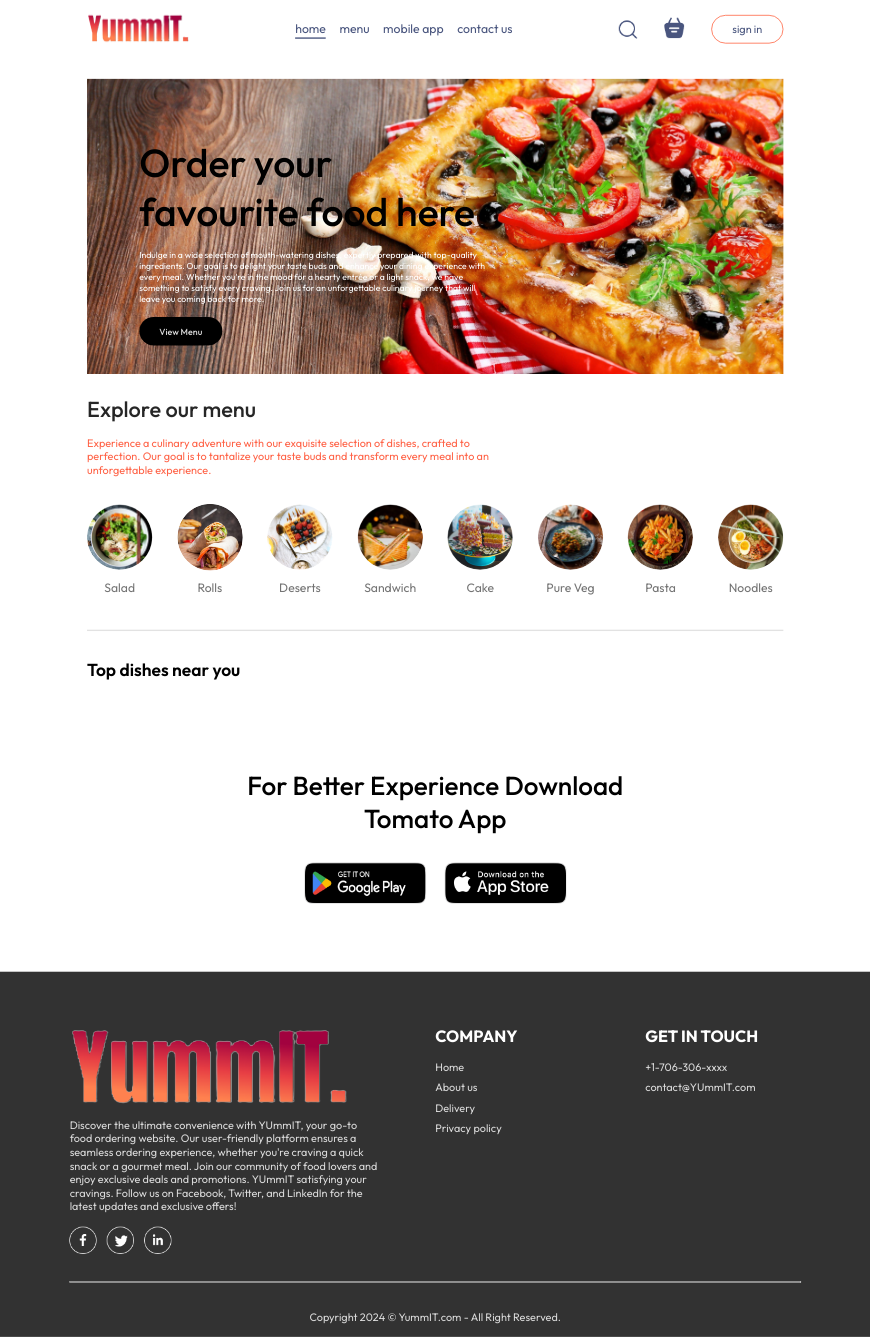
Repository: RiteshDumpala/FoodDelivery_website
Page: / (app in food-del/frontend/)
The author's editor kept a copy of each file at every save. The page is drawn from the files as they stood at one save, then again after the next save.
The browser window is 1280 px wide. The pictures show the whole page, at 68% of full size.
The page's requests for data from a server got no answer. The project was rebuilt for these pictures with package versions that can differ from the ones it lists, and the page was loaded fresh each time. No one was signed in, and anything a server would have sent is missing. Also part of the build but not shown: food-del/frontend/vite.config.js, food-del/frontend/src/components/FoodItem/FoodItem.css, food-del/frontend/src/components/FoodItem/FoodItem.jsx, food-del/frontend/src/pages/Cart/Cart.css, food-del/frontend/src/pages/Cart/Cart.jsx, food-del/frontend/src/components/LoginPopup/LoginPopup.css, food-del/frontend/src/components/LoginPopup/LoginPopup.jsx, food-del/frontend/src/pages/PlaceOrder/PlaceOrder.css and 5 more.

Above is the page before, as saved 2024-12-02 13:24:50.

### food-del/frontend/index.html
<!doctype html>
<html lang="en">
  <head>
    <meta charset="UTF-8" />
    <link rel="icon" type="image/svg+xml" href="/vite.svg" />
    <meta name="viewport" content="width=device-width, initial-scale=1.0" />
    <title>YummIT</title>
  </head>
  <body>
    <div id="root"></div>
    <script type="module" src="/src/main.jsx"></script>
  </body>
</html>

### food-del/frontend/src/Context/StoreContext.jsx
import { createContext, useEffect, useState } from "react";
import { food_list, menu_list } from "../assets/assets";
import axios from "axios";
export const StoreContext = createContext(null);

const StoreContextProvider = (props) => {

    const url = "http://localhost:4000"
    const [food_list, setFoodList] = useState([]);
    const [cartItems, setCartItems] = useState({});
    const [token, setToken] = useState("")
    const currency = "$";
    const deliveryCharge = 5;

    const addToCart = async (itemId) => {
        if (!cartItems[itemId]) {
            setCartItems((prev) => ({ ...prev, [itemId]: 1 }));
        }
        else {
            setCartItems((prev) => ({ ...prev, [itemId]: prev[itemId] + 1 }));
        }
        if (token) {
            await axios.post(url + "/api/cart/add", { itemId }, { headers: { token } });
        }
    }

    const removeFromCart = async (itemId) => {
        setCartItems((prev) => ({ ...prev, [itemId]: prev[itemId] - 1 }))
        if (token) {
            await axios.post(url + "/api/cart/remove", { itemId }, { headers: { token } });
        }
    }

    const getTotalCartAmount = () => {
        let totalAmount = 0;
        for (const item in cartItems) {
            try {
              if (cartItems[item] > 0) {
                let itemInfo = food_list.find((product) => product._id === item);
                totalAmount += itemInfo.price * cartItems[item];
            }
            } catch (error) {

            }

        }
        return totalAmount;
    }

    const fetchFoodList = async () => {
        const response = await axios.get(url + "/api/food/list");
        setFoodList(response.data.data)
    }

    const loadCartData = async (token) => {
        const response = await axios.post(url + "/api/cart/get", {}, { headers: token });
        setCartItems(response.data.cartData);
    }

    useEffect(() => {
        async function loadData() {
            await fetchFoodList();
            if (localStorage.getItem("token")) {
                setToken(localStorage.getItem("token"))
                await loadCartData({ token: localStorage.getItem("token") })
            }
        }
        loadData()
    }, [])

    const contextValue = {
        url,
        food_list,
        menu_list,
        cartItems,
        addToCart,
        removeFromCart,
        getTotalCartAmount,
        token,
        setToken,
        loadCartData,
        setCartItems,
        currency,
        deliveryCharge
    };

    return (
        <StoreContext.Provider value={contextValue}>
            {props.children}
        </StoreContext.Provider>
    )

}

export default StoreContextProvider;

### food-del/frontend/src/components/Footer/Footer.jsx
import React from 'react'
import './Footer.css'
import { assets } from '../../assets/assets'

const Footer = () => {
  return (
    <div className='footer' id='footer'>
      <div className="footer-content">
        <div className="footer-content-left">
            <img src={assets.logo} alt="" />
            <p>Discover the ultimate convenience with YUmmIT, your go-to food ordering website. Our user-friendly platform ensures a seamless ordering experience, whether you're craving a quick snack or a gourmet meal. Join our community of food lovers and enjoy exclusive deals and promotions. YUmmIT satisfying your cravings.
            Follow us on Facebook, Twitter, and LinkedIn for the latest updates and exclusive offers!
            </p>
            <div className="footer-social-icons">
                <img src={assets.facebook_icon} alt="" />
                <img src={assets.twitter_icon} alt="" />
                <img src={assets.linkedin_icon} alt="" />
            </div>
        </div>
        <div className="footer-content-center">
            <h2>COMPANY</h2>
            <ul>
                <li>Home</li>
                <li>About us</li>
                <li>Delivery</li>
                <li>Privacy policy</li>
            </ul>
        </div>
        <div className="footer-content-right">
            <h2>GET IN TOUCH</h2>
            <ul>
                <li>+1-706-306-xxxx</li>
                <li>contact@YUmmIT.com</li>
            </ul>
        </div>
      </div>
      <hr />
      <p className="footer-copyright">Copyright 2024 © YummIT.com - All Right Reserved.</p>
    </div>
  )
}

export default Footer

### food-del/frontend/src/components/Navbar/Navbar.jsx
import React, { useContext, useEffect, useState } from 'react'
import './Navbar.css'
import { assets } from '../../assets/assets'
import { Link, useNavigate } from 'react-router-dom'
import { StoreContext } from '../../Context/StoreContext'

const Navbar = ({ setShowLogin }) => {

  const [menu, setMenu] = useState("home");
  const { getTotalCartAmount, token ,setToken } = useContext(StoreContext);
  const navigate = useNavigate();

  const logout = () => {
    localStorage.removeItem("token");
    setToken("");
    navigate('/')
  }

  return (
    <div className='navbar'>
      <Link to='/'><img className='logo' src={assets.logo} alt="" /></Link>
      <ul className="navbar-menu">
        <Link to="/" onClick={() => setMenu("home")} className={`${menu === "home" ? "active" : ""}`}>home</Link>
        <a href='#explore-menu' onClick={() => setMenu("menu")} className={`${menu === "menu" ? "active" : ""}`}>menu</a>
        <a href='#app-download' onClick={() => setMenu("mob-app")} className={`${menu === "mob-app" ? "active" : ""}`}>mobile app</a>
        <a href='#footer' onClick={() => setMenu("contact")} className={`${menu === "contact" ? "active" : ""}`}>contact us</a>
      </ul>
      <div className="navbar-right">
        <img src={assets.search_icon} alt="" />
        <Link to='/cart' className='navbar-search-icon'>
          <img src={assets.basket_icon} alt="" />
          <div className={getTotalCartAmount() > 0 ? "dot" : ""}></div>
        </Link>
        {!token ? <button onClick={() => setShowLogin(true)}>sign in</button>
          : <div className='navbar-profile'>
            <img src={assets.profile_icon} alt="" />
            <ul className='navbar-profile-dropdown'>
              <li onClick={()=>navigate('/myorders')}> <img src={assets.bag_icon} alt="" /> <p>Orders</p></li>
              <hr />
              <li onClick={logout}> <img src={assets.logout_icon} alt="" /> <p>Logout</p></li>
            </ul>
          </div>
        }

      </div>
    </div>
  )
}

export default Navbar

### food-del/frontend/src/components/Header/Header.jsx
import React from 'react'
import './Header.css'

const Header = () => {
    return (
        <div className='header'>
            <div className='header-contents'>
                <h2>Order your favourite food here</h2>
                <p>Indulge in a wide selection of mouth-watering dishes, expertly prepared with top-quality ingredients. Our goal is to delight your taste buds and enhance your dining experience with every meal. Whether you're in the mood for a hearty entrée or a light snack, we have something to satisfy every craving. Join us for an unforgettable culinary journey that will leave you coming back for more.</p>
                <button>View Menu</button>
            </div>
        </div>
    )
}

export default Header

### food-del/frontend/src/components/ExploreMenu/ExploreMenu.jsx
import React, { useContext } from 'react'
import './ExploreMenu.css'
import { StoreContext } from '../../Context/StoreContext'

const ExploreMenu = ({category,setCategory}) => {

  const {menu_list} = useContext(StoreContext);

  return (
    <div className='explore-menu' id='explore-menu'>
      <h1>Explore our menu</h1>
      <p className='explore-menu-text'>Experience a culinary adventure with our exquisite selection of dishes, crafted to perfection. Our goal is to tantalize your taste buds and transform every meal into an unforgettable experience.</p>
      <div className="explore-menu-list">
        {menu_list.map((item,index)=>{
            return (
                <div onClick={()=>setCategory(prev=>prev===item.menu_name?"All":item.menu_name)} key={index} className='explore-menu-list-item'>
                    <img src={item.menu_image} className={category===item.menu_name?"active":""} alt="" />
                    <p>{item.menu_name}</p>
                </div>
            )
        })}
      </div>
      <hr />
    </div>
  )
}

export default ExploreMenu

### food-del/frontend/src/components/FoodDisplay/FoodDisplay.jsx
import React, { useContext } from 'react'
import './FoodDisplay.css'
import FoodItem from '../FoodItem/FoodItem'
import { StoreContext } from '../../Context/StoreContext'

const FoodDisplay = ({category}) => {

  const {food_list} = useContext(StoreContext);

  return (
    <div className='food-display' id='food-display'>
      <h2>Top dishes near you</h2>
      <div className='food-display-list'>
        {food_list.map((item)=>{
          if (category==="All" || category===item.category) {
            return <FoodItem key={item._id} image={item.image} name={item.name} desc={item.description} price={item.price} id={item._id}/>
          }
        })}
      </div>
    </div>
  )
}

export default FoodDisplay

### food-del/frontend/src/components/Footer/Footer.css
.footer{
    color: #D9D9D9;
    background-color: #323232;
    display: flex;
    flex-direction: column;
    align-items: center;
    gap: 20px;
    padding: 20px 8vw;
    padding-top: 80px;
}
.footer-content{
    width: 100%;
    display: grid;
    grid-template-columns: 2fr 1fr 1fr;
    gap: 80px;
}
.footer-content-left , .footer-content-center , .footer-content-right {
    display: flex;
    flex-direction: column;
    align-items: start;
    gap: 20px;
}
.footer-content-left ul li, .footer-content-center ul li, .footer-content-right ul li{
    margin-bottom: 10px;
    list-style: none;
}
.footer-content-left h2, .footer-content-center h2, .footer-content-right h2{
    color: white;
}
.footer-social-icons img{
    width: 40px;
}
.footer-social-icons{
    display: flex;
    gap: 15px;
}
.footer li{
    cursor: pointer;
}
.footer hr{
    width: 100%;
    height: 2px;
    margin: 20px 0px;
}
@media (max-width:750px) {
    .footer-content{
        display: flex;
        flex-direction: column;
        gap: 35px;
    }
    .footer-copyright{
        text-align: center;
    }
}

### food-del/frontend/src/components/Navbar/Navbar.css
.navbar {
    padding: 20px 0px;
    display: flex;
    justify-content: space-between;
    align-items: center;
}

.navbar .logo {
    width: 150px;
}

.navbar-menu {
    display: flex;
    list-style: none;
    gap: 20px;
    color: #49557E;
    font-size: 18px;
}

.navbar-menu .active {
    padding-bottom: 2px;
    border-bottom: 2px solid #49557E;
}

.navbar-right {
    display: flex;
    align-items: center;
    gap: 40px;
}

.navbar-search-icon{
position: relative;
}

.navbar-search-icon .dot{
    position: absolute;
    min-width: 10px;
    min-height: 10px;
    background-color: #FF4C24;
    border-radius: 5px;
    top: -8px;
    right: -8px;
}

.navbar-right button {
    background: transparent;
    font-size: 16px;
    color: #49557E;
    border: 1px solid #FF4C24;
    padding: 10px 30px;
    border-radius: 50px;
    cursor: pointer;
    transition: 0.3s;
}

.navbar-right button:hover {
    background: #fff4f2;
}

.navbar-profile{
    position: relative;

}
.navbar-profile-dropdown{
    position: absolute;
    display: none;
    right: 0;
    z-index: 1;
}
.navbar-profile-dropdown li{
    display: flex;
    align-items: center;
    gap: 10px;
    cursor: pointer;
}
.navbar-profile-dropdown img{
    width: 20px;
}
.navbar-profile-dropdown li:hover{
    color: #FF4C24;
}
.navbar-profile:hover .navbar-profile-dropdown{
    display: flex;
    flex-direction: column;
    gap: 10px;
    background-color: #fff2ef;
    padding: 12px 25px;
    border-radius: 4px;
    border: 1px solid tomato;
    outline: 2px solid white;
    list-style: none;
}
.navbar-profile hr{
    background-color: gray;
    height: 1px;
    border: none;
}
@media (max-width:1050px) {
    .navbar .logo {
        width: 140px;
    }

    .navbar-menu {
        gap: 20px;
        font-size: 17px;
    }

    .navbar-right {
        gap: 30px;
    }

    .navbar-right img {
        width: 22px;
    }

    .navbar-right button {
        padding: 8px 25px;
    }
}

@media (max-width:900px) {
    .navbar .logo {
        width: 120px;
    }

    .navbar-menu {
        gap: 15px;
        font-size: 16px;
    }

    .navbar-right {
        gap: 20px;
    }

    .navbar-right img {
        width: 20px;
    }

    .navbar-right button {
        font-size: 15px;
        padding: 7px 20px;
    }
}

@media (max-width:750px) {
    .navbar-menu {
        display: none;
    }
}

### food-del/frontend/src/components/Header/Header.css
.header{
    height: 34vw;
    margin: 30px auto;
    background: url('/header_img.png') no-repeat;
    background-size:contain;
    position: relative;
}
.header-contents{
    position: absolute;
    display: flex;
    flex-direction: column;
    align-items: start;
    gap: 1.5vw;
    max-width: 50%;
    bottom: 10%;
    left: 6vw;
    animation: fadeIn 3s;
}
.header-contents h2{
    font-weight:500;
    color: black;
    font-size: max(4.5vw,22px);
}
.header-contents p{
    color: white;
    font-size: 1vw;
}
.header-contents button{
    border: none;
    color: #dadada;
    font-weight: 500;
    padding: 1vw 2.3vw;
    background: black;
    font-size: max(1vw,13px);
    border-radius: 50px;
}
@media (max-width:1050px) {
    .header{
        height: 38vw;
    }
    .header-contents{
        max-width: 45%;
    }
}
@media(max-width:750px){
    .header-contents{
        max-width: 55%;
    }
    .header-contents p{
       display: none;
    }
    .header-contents button{
        padding: 2vw 4vw;
    }
}

### food-del/frontend/src/components/ExploreMenu/ExploreMenu.css
.explore-menu{
    display: flex;
    flex-direction: column;
    gap: 20px;
}
.explore-menu h1{
    color: #262626;
    font-weight: 500;
}
.explore-menu-text{
    max-width: 60%;
    color: tomato;
}
.explore-menu-list{
    display: flex;
    justify-content: space-between;
    align-items: center;
    gap: 30px;
    text-align: center;
    margin: 20px 0px;
    overflow-x: scroll;
}
.explore-menu-list::-webkit-scrollbar{
    display: none;
}
.explore-menu-list-item img{
    width: 7.5vw;
    min-width: 80px;
    cursor: pointer;
    border-radius: 50%;
    transition: 0.2s;
}
.explore-menu-list-item .active{
    border: 4px solid tomato;
    padding: 2px;
}
.explore-menu-list-item p{
    margin-top: 10px;
    color: #747474;
    font-size: max(1.4vw,16px);
    cursor: pointer;
}
.explore-menu hr{
    margin: 10px 0px;
    height: 2px;
    background-color: #E2E2E2;
    border: none;
}
@media (max-width:1050px) {
    .explore-menu-text{
        max-width: 100%;
        font-size: 14px;
    }
}

Loaded but not shown: food-del/frontend/src/main.jsx (common file); food-del/frontend/src/App.jsx (common file); food-del/frontend/src/index.css (common file); food-del/frontend/src/pages/Home/Home.jsx (common file); food-del/frontend/src/components/AppDownload/AppDownload.jsx (common file); food-del/frontend/src/components/FoodDisplay/FoodDisplay.css (common file); food-del/frontend/src/components/AppDownload/AppDownload.css (common file); food-del/frontend/src/assets/assets.js (354 lines, source omitted)

After the next save:
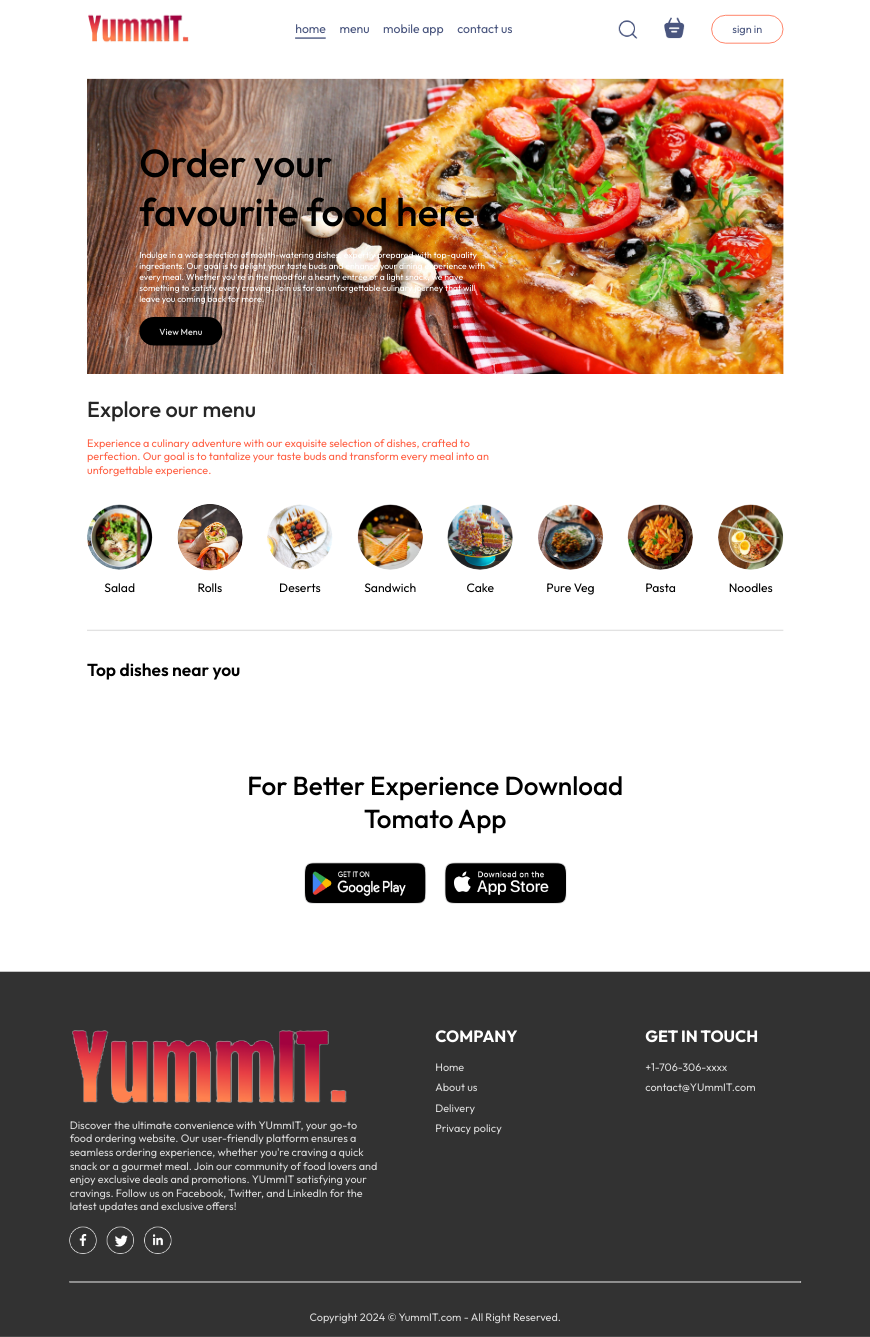
Saved 8 s later.
--- a/food-del/frontend/src/components/ExploreMenu/ExploreMenu.css
+++ b/food-del/frontend/src/components/ExploreMenu/ExploreMenu.css
@@ -36,7 +36,7 @@
 }
 .explore-menu-list-item p{
     margin-top: 10px;
-    color: #747474;
+    color: #000000;
     font-size: max(1.4vw,16px);
     cursor: pointer;
 }
